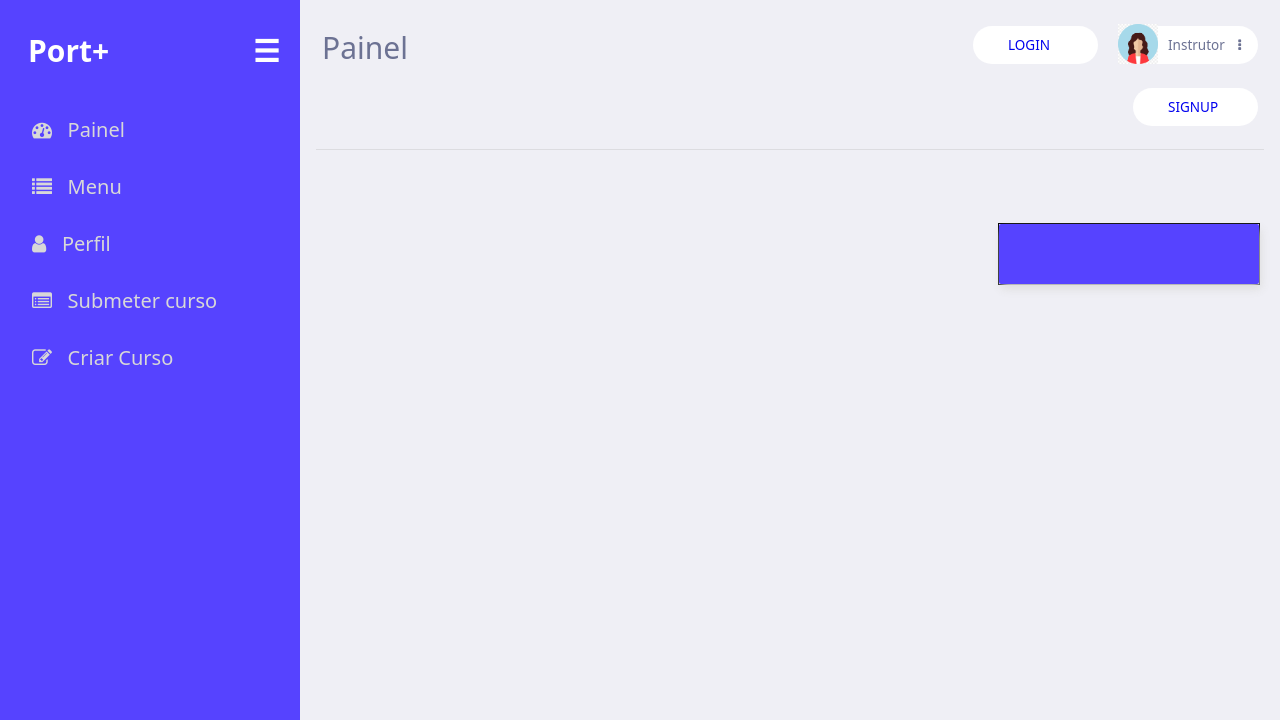
Repository: LauraMViana/Port-plus
Page: http://localhost/portPlus/apresentarCurso/apresentMat
The author's editor kept a copy of each file at every save. The page is drawn from the files as they stood at one save, then again after the next save.
The browser window is 1280 px wide. The pictures show the whole page.
The page is this project's Thymeleaf template; nobody is signed in. The template is opened directly, without the code that normally fills it, so the values that code supplies are empty.

Above is the page before, as saved 2021-12-25 14:50:16.

After the next save:
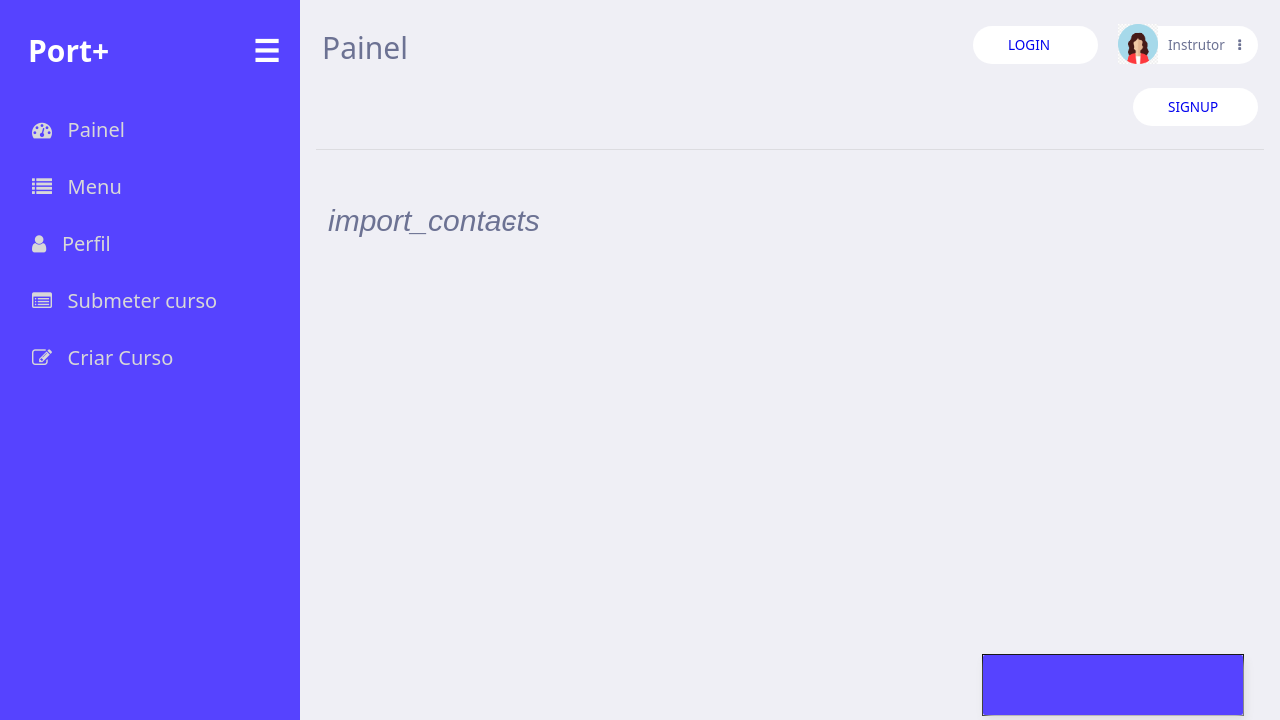
Saved 13 s later.
--- a/port/src/main/resources/templates/portPlus/apresentarCurso/apresentMat.html
+++ b/port/src/main/resources/templates/portPlus/apresentarCurso/apresentMat.html
@@ -2,7 +2,8 @@
 <html xmlns:th="http://www.thymeleaf.org">
 <head>
 <meta charset="UTF-8">
-<!-- Compiled and minified CSS --><!--
+<!-- Compiled and minified CSS -->
+<!--
 <link rel="stylesheet"
 	href="https://cdnjs.cloudflare.com/ajax/libs/materialize/1.0.0/css/materialize.min.css"> -->
 <link href="https://fonts.googleapis.com/icon?family=Material+Icons"
@@ -14,7 +15,7 @@
 </head>
 <body>
 	<div th:insert="~{menu :: menu}"></div>
-	<div class="container right">
+	<div id="main">
 		<div class="cabecalho">
 			<h6>
 				<i class="material-icons col s2"> import_contacts</i> <span
